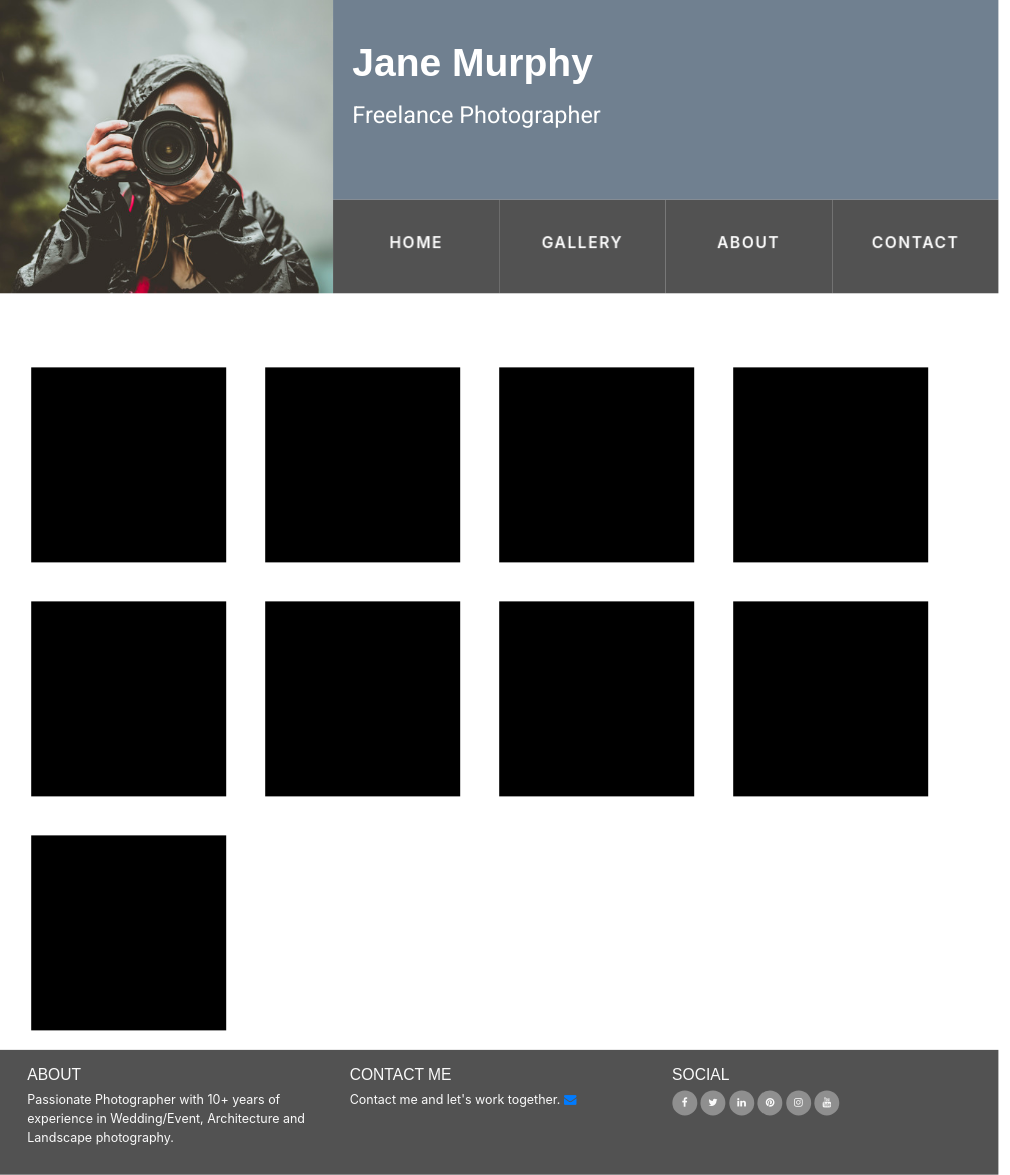
Repository: Code-Institute-Submissions/MrChrisRandall-milestone-1
Page: gallery.html
The author's editor kept a record of every edit. The page is drawn from the files as they stood at one moment, then again after the next edit.
The browser window is 1280 px wide. The page is 1295 px wide, so the pictures cover 1295 px, including what lies to the right of the window. The pictures show the whole page, at 78% of full size.

Above is the page before.

After the next edit:
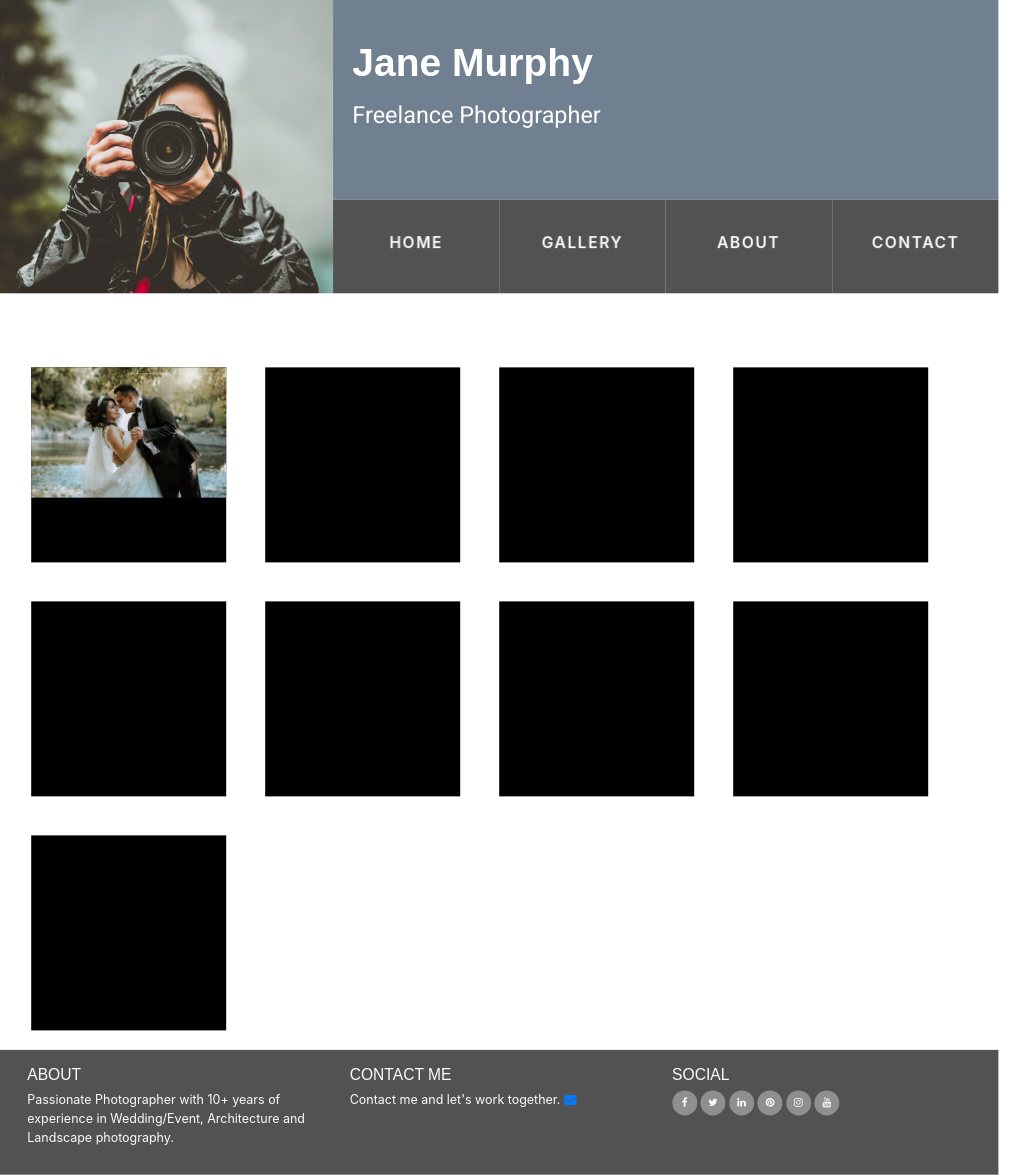
The edit:
--- a/gallery.html
+++ b/gallery.html
@@ -52,7 +52,11 @@
     <section class="container-fluid">
 
         <div class="flex-container">
-            <div class="box"></div>
+            <div class="box">
+                <div class="imgBox">
+                    <img src="assets/images/wedding1.jpg"></img>
+                </div>
+            </div>
             <div class="box"></div>
             <div class="box"></div>
             <div class="box"></div>
